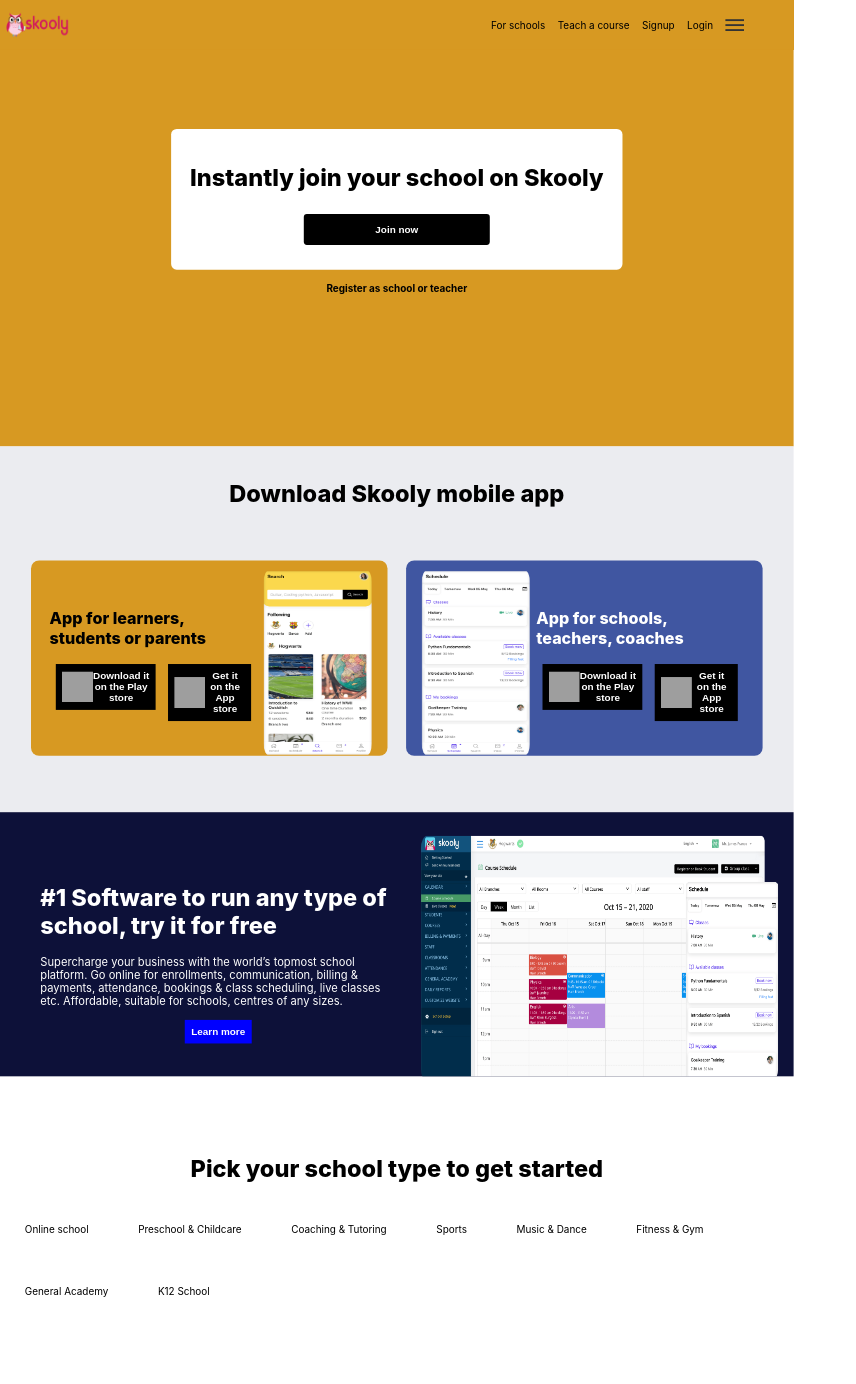
Repository: akankshaajoshi/Skooly-Clone
Page: /
An editor plug-in stored every save of this project. The page is shown before and after the next save, followed by the edit.
The browser window is 1280 px wide. The page is 1380 px wide, then 1360 px, so the pictures cover 1380 px, including what lies to the right of the window. The pictures show the whole page, at 62% of full size.
Pictures or frames that could not be fetched are drawn as grey boxes. The project was rebuilt for these pictures with package versions that can differ from the ones it lists, and the page was loaded fresh each time. Also part of the build but not shown: craco.config.js.

Above is the page before, as saved 2023-09-15 07:56:09.

After the next save:
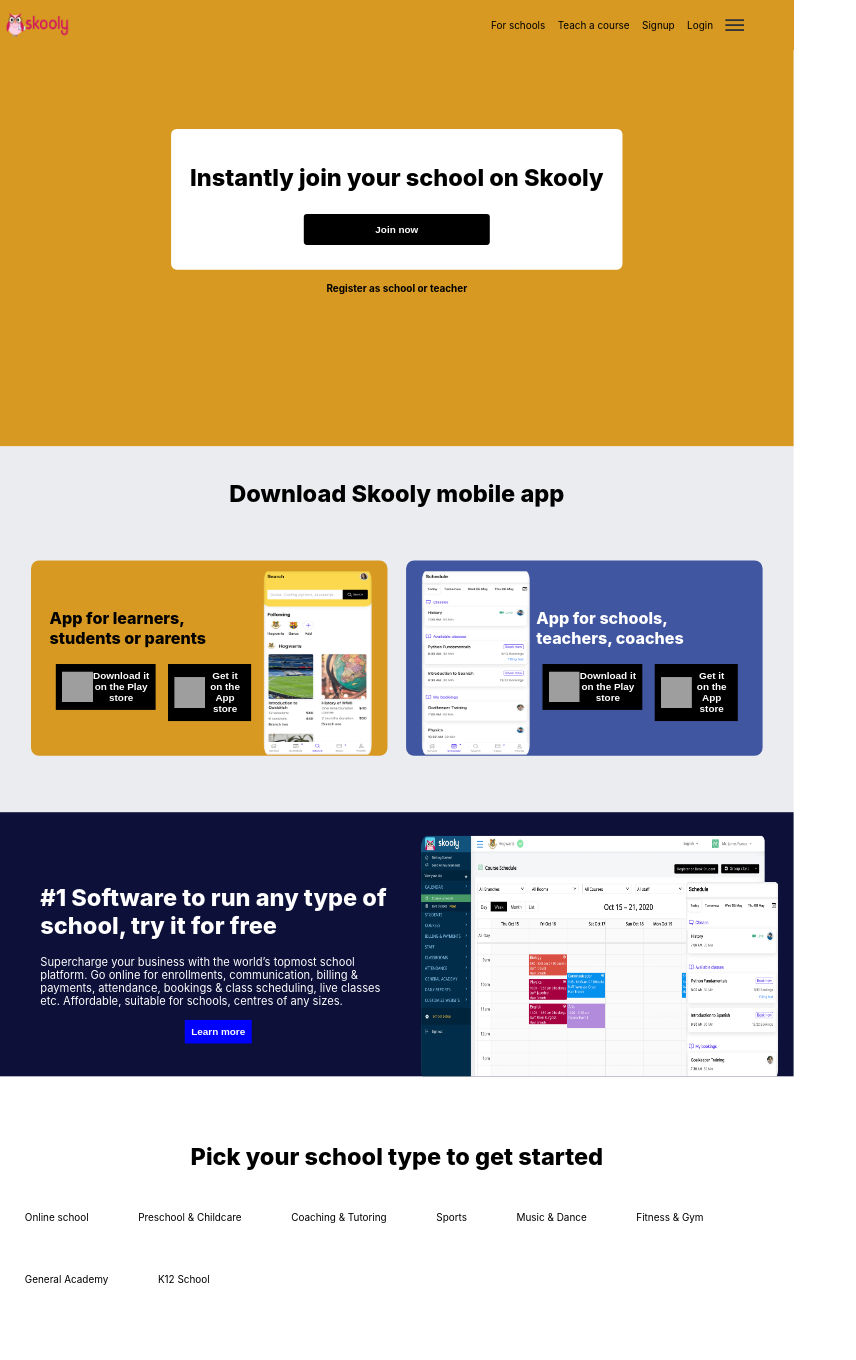
Saved 6 s later.
--- a/src/containers/SchoolTypeContainer/index.js
+++ b/src/containers/SchoolTypeContainer/index.js
@@ -22,7 +22,7 @@
 
 const index = () => {
   return (
-    <Container style={{backgroundColor: `${colors.ternary}`, padding: "100px"}}>
+    <Container style={{backgroundColor: `${colors.ternary}`, padding: "80px"}}>
         <Heading>Pick your school type to get started</Heading>
         <ElementContainer>
             {schoolTypes.map((ele)=><Element>{ele}</Element>)}
